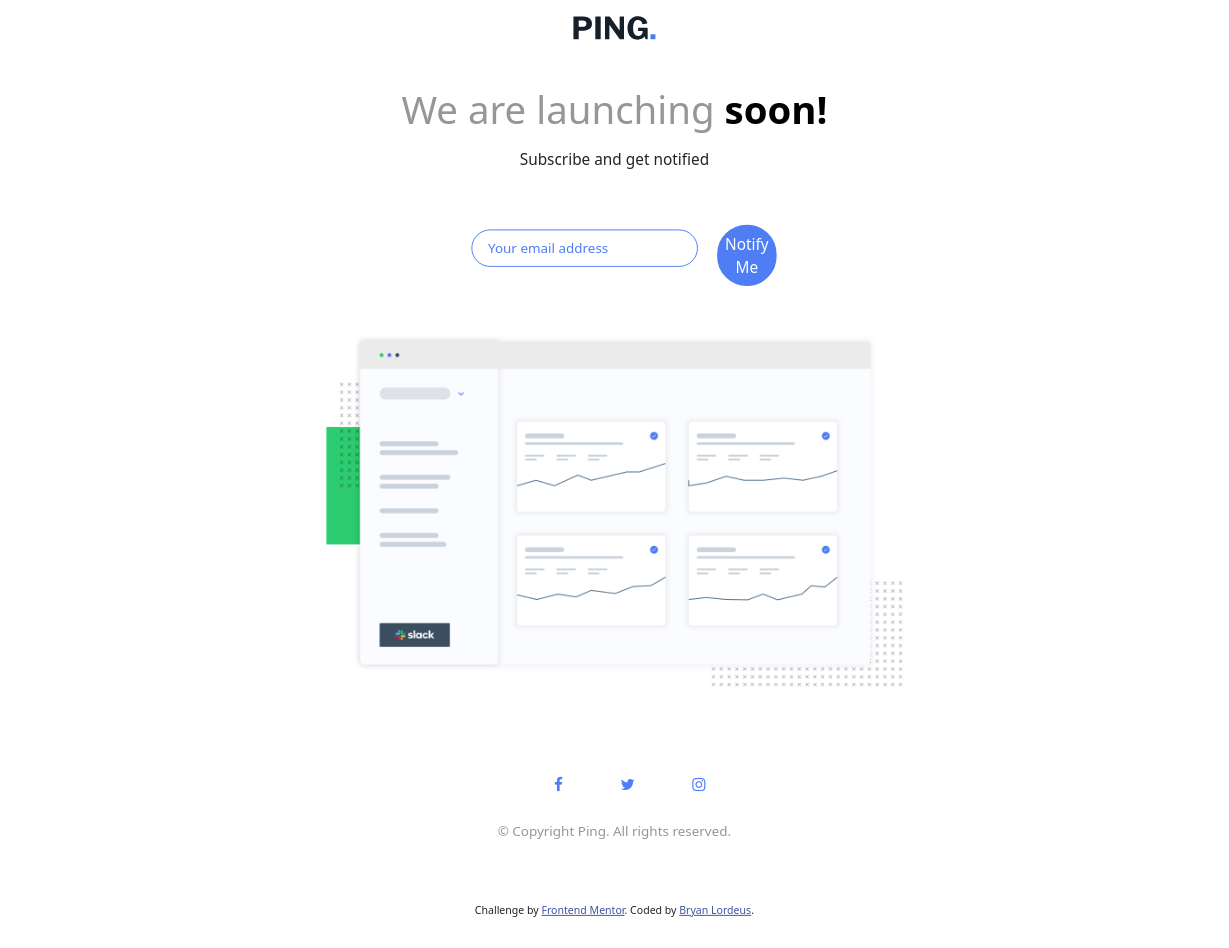
Repository: blordeus/ping-coming-soon-page-master
Page: index.html
An editor plug-in stored every save of this project. The page is shown before and after the next save, followed by the edit.
The browser window is 1280 px wide. The pictures show the whole page, at 96% of full size.
The style sheet was rebuilt from its Sass, Less or Tailwind sources for each picture, by a compiler version that may differ from the author's.

Above is the page before, as saved 2023-08-31 12:39:01.

### index.html
<!DOCTYPE html>
<html lang="en">
<head>
  <meta charset="UTF-8">
  <meta name="viewport" content="width=device-width, initial-scale=1.0"> <!-- displays site properly based on user's device -->

  <link rel="icon" type="image/png" sizes="32x32" href="./images/favicon-32x32.png">
  <link rel="stylesheet" href="style.css">
  <link href="https://cdn.jsdelivr.net/npm/bootstrap@5.3.1/dist/css/bootstrap.min.css" rel="stylesheet" integrity="sha384-4bw+/aepP/YC94hEpVNVgiZdgIC5+VKNBQNGCHeKRQN+PtmoHDEXuppvnDJzQIu9" crossorigin="anonymous">
  <link rel="stylesheet" href="https://maxcdn.bootstrapcdn.com/font-awesome/4.7.0/css/font-awesome.min.css">

  <title>Frontend Mentor | Ping coming soon page</title>


</head>
<body>
  <main class="text-center my-3 mx-4">
    <header>
      <img class="mb-5" src="./images/logo.svg" alt="logo">
    </header>

    <section>
      <h1 class="gray-color">We are launching <strong class="text-black">soon!</strong></h1>
      <p class="mt-3 mb-4">Subscribe and get notified</p>
    </section>

    <form action="#" class="pt-3">
        <input
        class="rounded-pill px-3"
        type="email"
        placeholder="Your email address"
        id="email"
        autocomplete="off"
        required
        />
        <button type="submit" class="mt-3 rounded-pill text-white ">Notify Me</button>
      </form>

    <section class="showcase">
      <img src="./images/illustration-dashboard.png" alt="dashboard">
    </section>

    <div class="icons">
      <ul>
        <li><i class="fa fa-facebook" aria-hidden="true"></i></li>
        <li><i class="fa fa-twitter" aria-hidden="true"></i></li>
        <li><i class="fa fa-instagram" aria-hidden="true"></i></li>
      </ul>
    </div>

    <p class="gray-color copyright">&copy; Copyright Ping. All rights reserved.</p>

    <footer class="pt-5">
      <p class="attribution">
        Challenge by <a rel="noopener" href="https://www.frontendmentor.io?ref=challenge" target="_blank">Frontend Mentor</a>.
        Coded by <a href="#">Bryan Lordeus</a>.
      </p>
    </footer>
  </main>
  <script src="https://cdn.jsdelivr.net/npm/bootstrap@5.3.1/dist/js/bootstrap.bundle.min.js" integrity="sha384-HwwvtgBNo3bZJJLYd8oVXjrBZt8cqVSpeBNS5n7C8IVInixGAoxmnlMuBnhbgrkm" crossorigin="anonymous"></script>
</body>
</html>

### style.scss
  @import url('https://fonts.googleapis.com/css2?family=Libre+Franklin:wght@300;600;700&display=swap');

:root {
    --very-dark-blue: hsl(209, 33%, 12%);
    --dark-gray: hsl(0, 0%, 59%);
    --blue: hsl(223, 87%, 63%);
    --light-red: hsl(354, 100%, 66%);
    --pale-blue: hsl(223, 100%, 88%);
}

* {
    box-sizing: border-box;
    margin: 0;
    padding: 0;
}

body {
    font-size: 20px;
    font-family: 'Libre Franklin', sans-serif;
    min-height: 100vh;
    display: flex;
    flex-direction: column;
    justify-content: center;
    align-items: center;
}

img {
    max-width: 100%;
}

ul {
    list-style: none;
}

.heading h1 {
    font-weight: 300;
}

.heading h1 span {
    font-weight: 700;
}

form {
    width: 300px;
    margin: auto;
    display: flex;
    flex-direction: column;
    align-items: center;
    justify-content: center;
    position: relative;
}

form input {
    width: 100%;
    padding: 8px;
    font-family: inherit;
    font-size: 14px;
    color: var(--blue);
    border: 1px solid var(--blue);
    outline: none;
}

form input::placeholder {
    color: var(--blue);
}

button {
    width: 100%;
    padding: 6px;
    background-color: var(--blue);
    font-family: inherit;
    border: 2px solid var(--blue);
    transition: background-color 0.4s;
}

button:hover {
    cursor: pointer;
    background-color: transparent;
    color: var(--blue);
}

.gray-color {
    color: var(--dark-gray);
}

.showcase {
    padding: 50px 20px 80px;
}

.icons ul {
    display: flex;
    justify-content: center;
    align-items: center;
}

.icons ul li {
    margin: 0 20px;
    color: var(--blue);
    padding: 10px;
    transition: background-color 0.4s;
}

.icons ul li:hover {
    border-radius: 50%;
    background-color: var(--blue);
    color: white;
}

.copyright {
    font-size: 14px;
}

  .attribution { font-size: 11px; text-align: center; }
  .attribution a { color: hsl(228, 45%, 44%); }

  @media (min-width: 700px) {
    .heading h1 {
        font-size: 36px;
    }

    form {
        flex-direction: row;
    }

    form input, button {
        width: auto;
        margin: 2px 20px;
    }

    .showcase img {
        width: 600px;
    }
  }

After the next save:
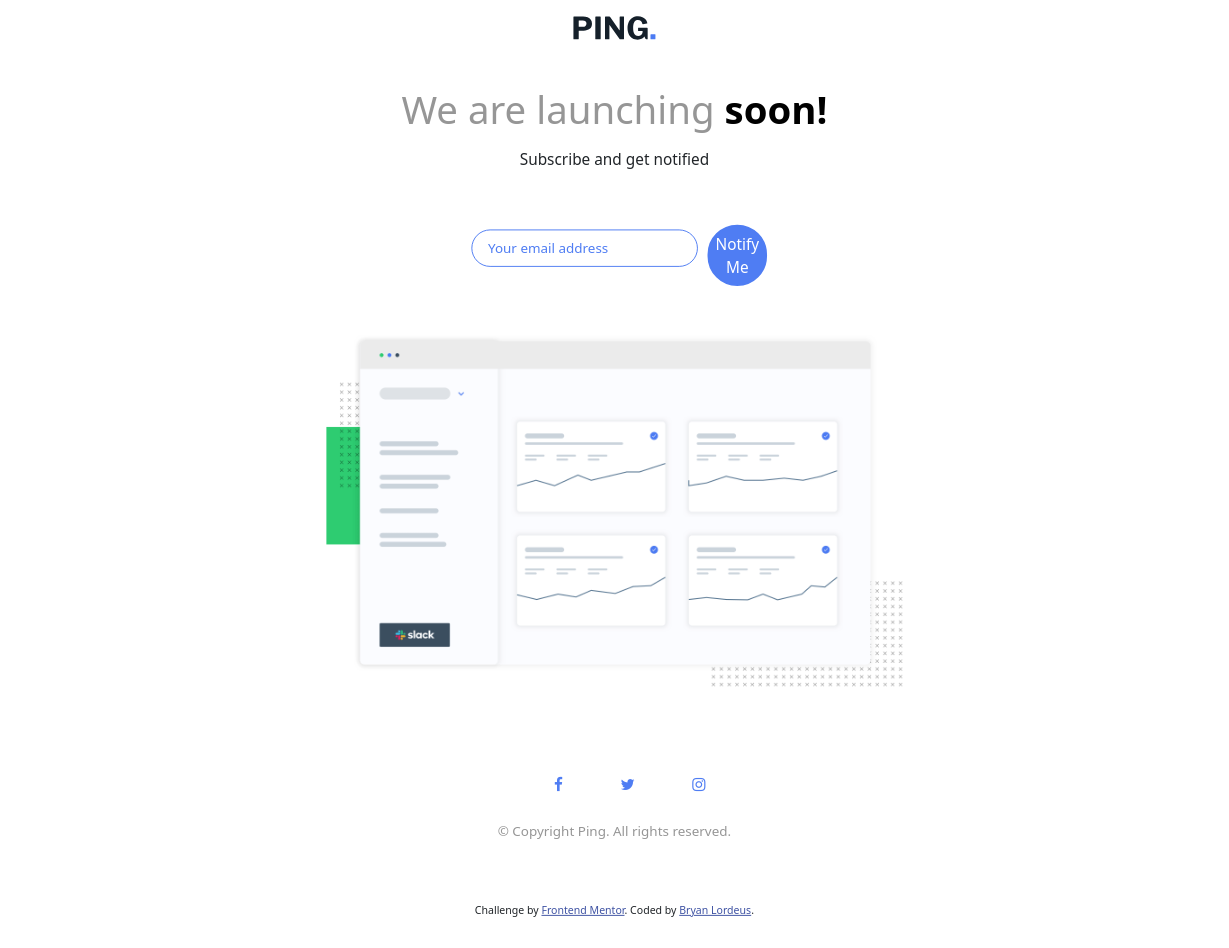
Saved 11 s later.
--- a/style.scss
+++ b/style.scss
@@ -124,7 +124,7 @@
 
     form input, button {
         width: auto;
-        margin: 2px 20px;
+        margin: 2px 10px;
     }
 
     .showcase img {
